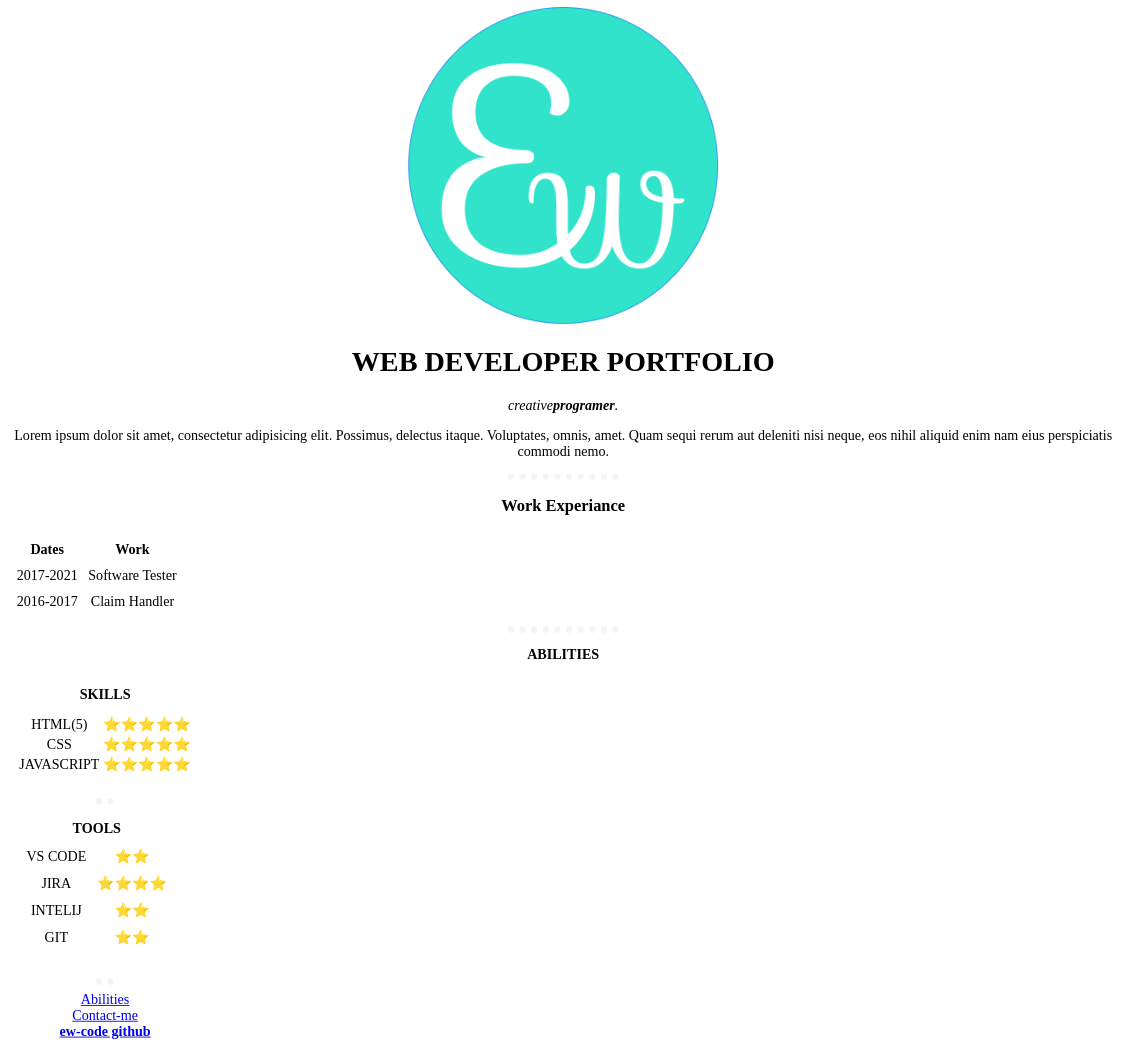
Repository: ew-code/Web-Development
Page: HTML - Personal Site/index.html
An editor plug-in stored every save of this project. The page is shown before and after the next save, followed by the edit.
The browser window is 1280 px wide. The pictures show the whole page, at 88% of full size.

Above is the page before, as saved 2021-01-06 21:40:55.

After the next save:
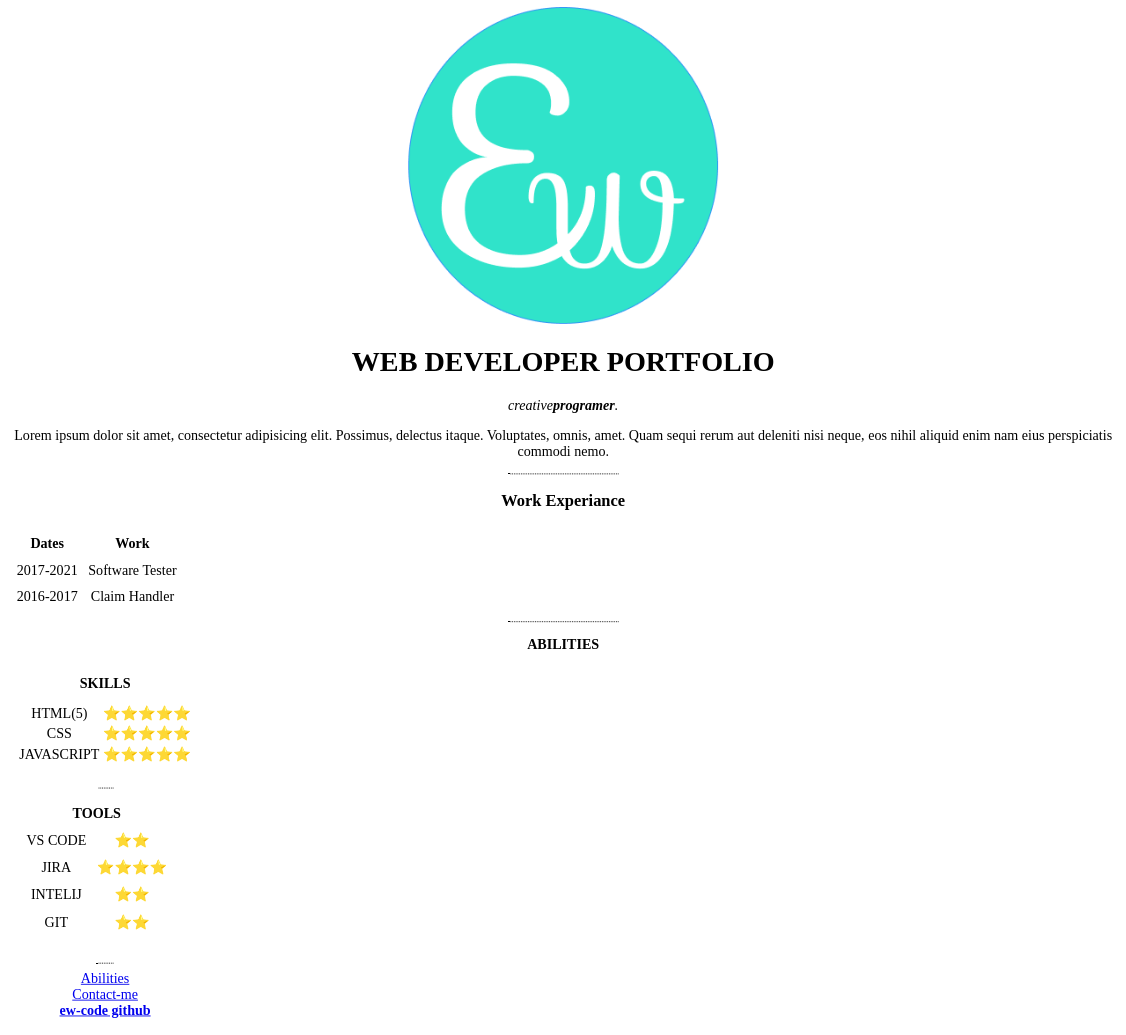
Saved 32 s later.
--- a/HTML - Personal Site/index.html
+++ b/HTML - Personal Site/index.html
@@ -9,7 +9,7 @@
    }
 
    hr {
-    border-top: 7px dotted #f5f4f4;
+    border-top: 7px dotted e8eae6;
     width: 10%;
     border-style: none;
     border-top-style: dotted;

After the save that followed:
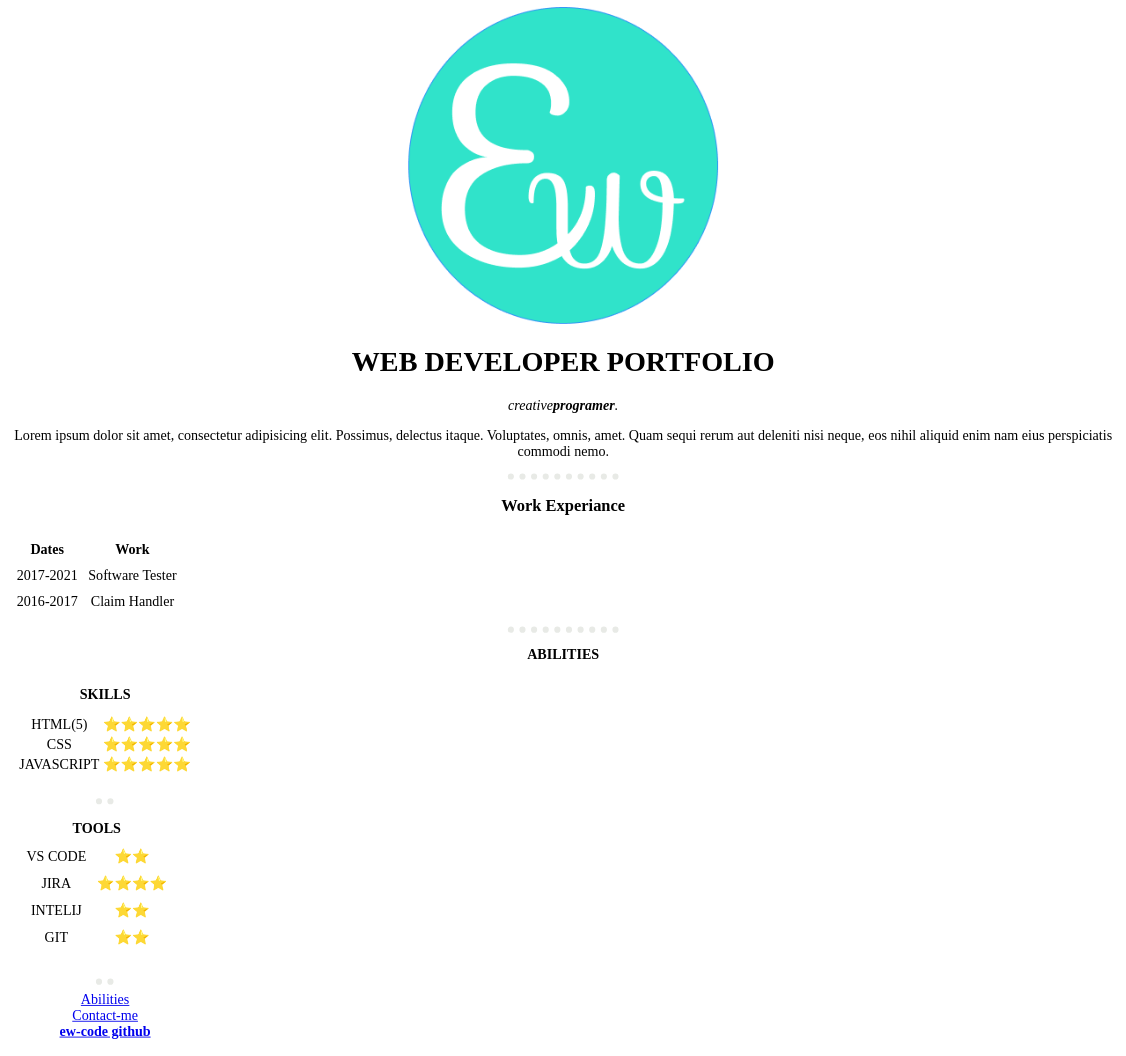
Saved 4 s later.
--- a/HTML - Personal Site/index.html
+++ b/HTML - Personal Site/index.html
@@ -9,7 +9,7 @@
    }
 
    hr {
-    border-top: 7px dotted e8eae6;
+    border-top: 7px dotted #e8eae6;
     width: 10%;
     border-style: none;
     border-top-style: dotted;
